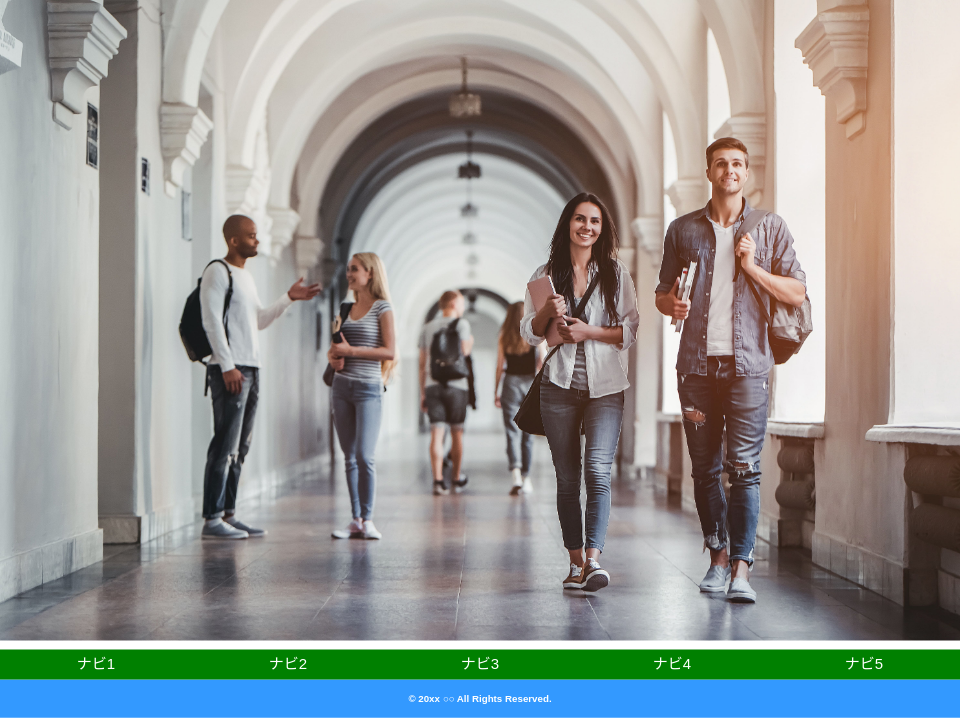
Repository: yu-sk01/samurai_HTML-CSS
Page: home.html
The author's editor kept a record of every edit. The page is drawn from the files as they stood at one moment, then again after the next edit.
The browser window is 1280 px wide. The pictures show the whole page, at 75% of full size.
Pictures or frames that could not be fetched are drawn as grey boxes.

Above is the page before.

After the next edit:
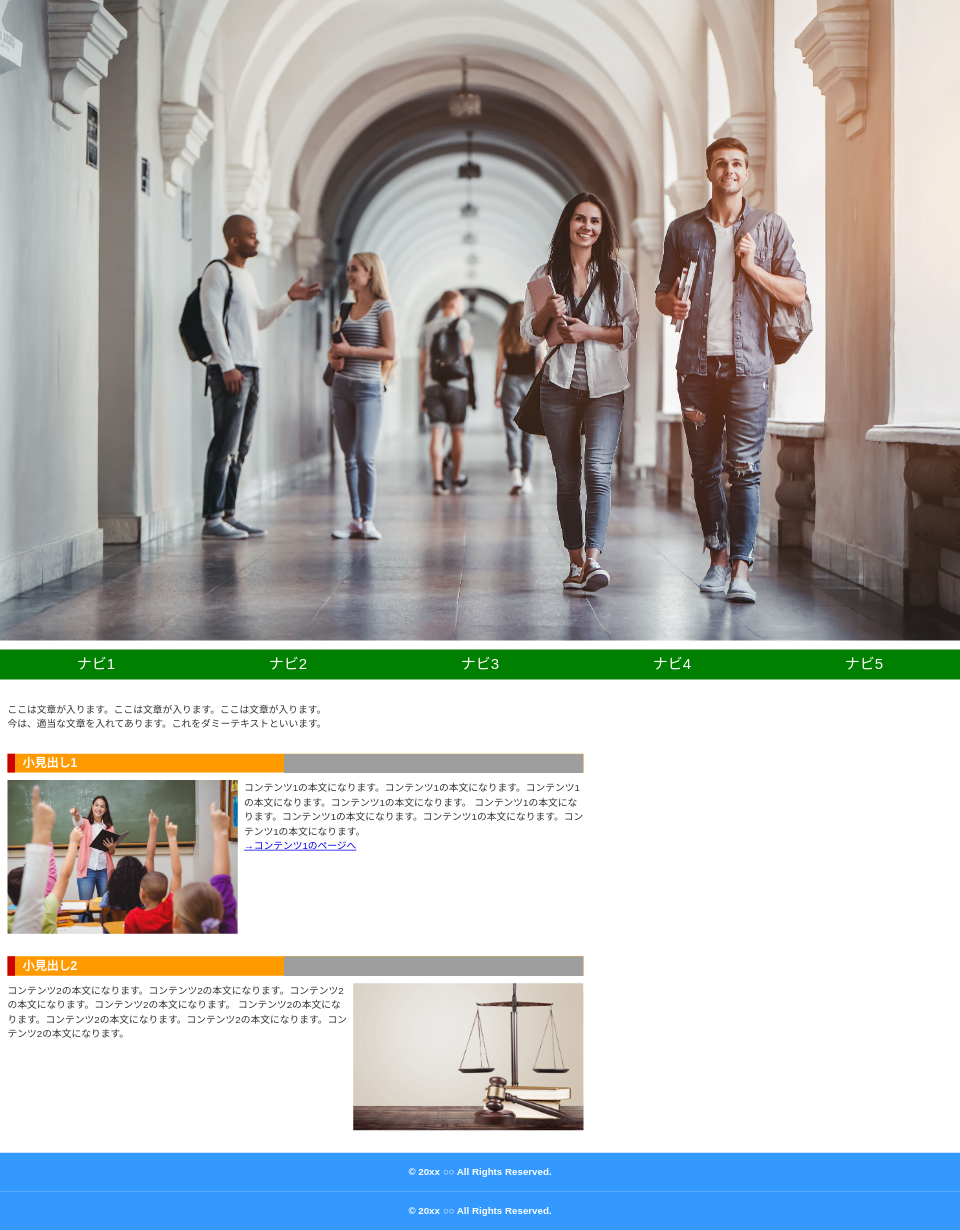
The edit:
--- a/home.html
+++ b/home.html
@@ -19,6 +19,36 @@
            <li><a herf="#">ナビ5</a></li>
           </ul>
         </div>
+           <div id="container">
+               <div id="main">
+                   <div class="post">
+                       <p>ここは文章が入ります。ここは文章が入ります。ここは文章が入ります。<br />今は、適当な文章を入れてあります。これをダミーテキストといいます。</p>
+                   </div>
+                   <div class="post clearfix">
+                       <h2>小見出し1</h2>
+                      <img class="left" src="images/classroom.jpg" alt="授業風景" />
+                       <p>
+                           コンテンツ1の本文になります。コンテンツ1の本文になります。コンテンツ1の本文になります。コンテンツ1の本文になります。
+                           コンテンツ1の本文になります。コンテンツ1の本文になります。コンテンツ1の本文になります。コンテンツ1の本文になります。
+                       </p>
+                       <p><a href="#">→コンテンツ1のページへ</a></p>
+                   </div>
+                   <div class="post clearfix">
+                       <h2>小見出し2</h2>
+                       <img class="right" src="images/scale.jpg" alt="天秤" />
+                       <p>
+                           コンテンツ2の本文になります。コンテンツ2の本文になります。コンテンツ2の本文になります。コンテンツ2の本文になります。
+                          コンテンツ2の本文になります。コンテンツ2の本文になります。コンテンツ2の本文になります。コンテンツ2の本文になります。
+                       </p>
+                   </div>
+               </div>
+           </div>
+        </div>
+        <div id="footer">
+            <p>&copy; 20xx ○○ All Rights Reserved.</p>
+        </div>
+    </body>
+</html>
         <div id="footer">
          <p>&copy; 20xx ○○ All Rights Reserved.</p>
         </div>
